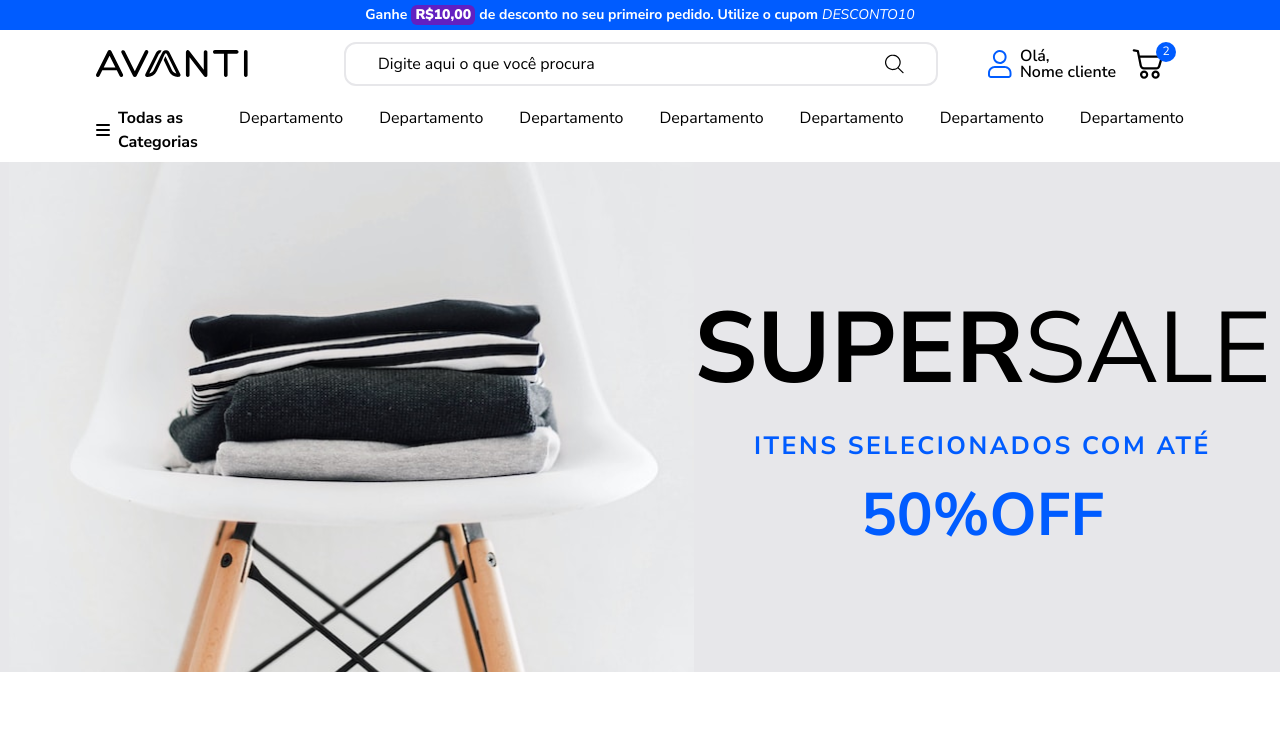
Repository: chidekina/avanti-01
Page: index.html
These files come from the project's save history. The page is drawn as it stood at one moment and after the next save; the edit follows.
The browser window is 1280 px wide. The pictures show the part of the page from y = 0 to 754 px (the page is 4144 px tall before and 4120 px after).
A picture or video elsewhere on the page could not be fetched, so the positions and the page height are approximate.

Above is the page before, as saved 2025-04-09 17:46:40.

### index.html
<!DOCTYPE html>
<html lang="en">
  <head>
    <meta charset="UTF-8" />
    <meta name="viewport" content="width=device-width, initial-scale=1.0" />
    <script src="https://cdn.jsdelivr.net/npm/@tailwindcss/browser@4"></script>
    <link rel="preconnect" href="https://fonts.googleapis.com" />
    <link rel="preconnect" href="https://fonts.gstatic.com" crossorigin />
    <link href="https://fonts.googleapis.com/css2?family=Nunito+Sans:ital,opsz,wght@0,6..12,200..1000;1,6..12,200..1000&family=Nunito:ital,wght@0,200..1000;1,200..1000&display=swap" rel="stylesheet" />

    <title>Avanti</title>
    <link rel="icon" type="image" href="./assets/avanti-icon.svg" />
    <link rel="stylesheet" href="style.css" />
    <link rel="stylesheet" href="https://cdn.jsdelivr.net/npm/swiper/swiper-bundle.min.css">
  </head>
  <body>
    <header class="mb-2">
      <h1 class="flex justify-center items-center bg-(--primary-color) text-white text-sm h-[30px] font-bold">
        Ganhe
        <b class="flex justify-center mx-1 bg-(--secondary-color) heigth-[16px] w-[64px] rounded-md">R$10,00</b>
        de desconto no seu primeiro pedido. Utilize o cupom
        <i class="font-normal ml-1">DESCONTO10</i>
      </h1>
      <div class="mt-3 mb-5 px-24 flex justify-between w-full">
        <div class="flex gap-24">
          <img src="./assets/logo.svg" alt="Avanti Logo" class="w-[152px]" />
          <label>
            <div class="flex justify-between py-2 border-2 border-solid border-(--bg-color) px-8 rounded-xl cursor-text w-[594px]">
              <input type="text" placeholder="Digite aqui o que você procura" class="placeholder-black outline-none focus:placeholder-transparent w-1/2" />
              <img src="./assets/search.svg" />
            </div>
          </label>
        </div>
        <div class="flex gap-4">
          <div class="flex gap-2 items-center">
            <img src="./assets/user.svg" alt="icone do usuario" class="w-[24px]" />
            <h6 class="leading-none font-semibold">
              Olá,<br />
              Nome cliente
            </h6>
          </div>
          <div class="flex">
            <img src="./assets/cart.svg" alt="imagem de um carrinho de compras" class="w-[32px]" />
            <div class="relative bg-(--primary-color) w-[20px] h-[20px] text-center text-white text-[12px] rounded-full right-2">2</div>
          </div>
        </div>
      </div>
      <div class="flex px-24 w-full">
        <ul class="flex gap-9">
          <li>
          <a href="#">
            <div class="flex gap-2">
              <img src="./assets/menu-hamburger.svg" alt="menu hamburguer" />
              <h5 class="font-bold" id="menu-button object-contain">Todas as Categorias</h5>
            </div>
          </a>
        </li>
        <li>
          <a href="#"> Departamento </a>
        </li>
          <a href="#"> Departamento </a>
          <a href="#"> Departamento </a>
          <a href="#"> Departamento </a>
          <a href="#"> Departamento </a>
          <a href="#"> Departamento </a>
          <a href="#"> Departamento </a>
        </ul>
      </div>
    </header>
    <main>
      <section class="flex justify-center items-center w-full height-[510px] bg-(--bg-color) font-(--font-secondary)">
        <img src="./assets/chair.svg" alt="Foto de uma cadeira com roupas dobradas em cima" />
        <div class="flex flex-col gap-1 text-center">
          <h1 class="text-[100px]"><b>SUPER</b>SALE</h1>
          <h4 class="text-[25px] text-(--primary-color) font-bold tracking-widest">ITENS SELECIONADOS COM ATÉ</h4>
          <h4 class="text-[60px] text-(--primary-color) font-bold">50%OFF</h4>
        </div>
      </section>
<carousel-section></carousel-section>
      </section>
  <description-section></description-section>
  <section class="flex w-full bg-(--bg-light) px-[200px] py-[42px] font-(--font-secondary) my-[40px]">
    <div class="text-center text-(--text-color) w-1/2 mr-5">
      <h1 class="text-[30px] font-bold mb-10">
        Lorem ipsum
      </h1>
      <ul class="flex flex-col text-start gap-15">
        <li class="flex gap-6">
          <img src="./assets/pin.svg">
          <p>
            Aenean massa. Cum sociis natoque penatibus et magnis dis parturient montes, nascetur ridiculus mus. Donec quam felis, ultricies nec, pellentesque eu, pretium quis, sem.
          </p>
        </li>
        <li class="flex gap-6">
          <img src="./assets/pin.svg">
          <p>
            Aenean massa. Cum sociis natoque penatibus et magnis dis parturient montes, nascetur ridiculus mus. Donec quam felis, ultricies nec, pellentesque eu, pretium quis, sem.
          </p>
        </li>
        <li class="flex gap-6">
          <img src="./assets/pin.svg">
          <p>
            Aenean massa. Cum sociis natoque penatibus et magnis dis parturient montes, nascetur ridiculus mus. Donec quam felis, ultricies nec, pellentesque eu, pretium quis, sem.
          </p>
        </li>
      </ul>
    </div>
    <img src="./assets/banner.svg" alt="Foto da caneca da Avanti sobre uma tabua de vegetais" class="w-1/2">
  </section>
  <section>
  <description-section></description-section>
  <carousel-section></carousel-section>

  </section>
  <section>
    <img src="./assets/banner2.svg" alt="Foto da entrada da loja da Avanti" />
    <div class="absolute h-[126px] bg-(--primary-color) w-full bottom-[-3080px] text-white text-[30px] font-(--font-secondary)">
      <h1 class="flex justify-center h-full items-center">Entre em contato conosco e verifique a disponibilidade para sua região!</h1>
    </div>
  </section>
  <section class="flex flex-col my-[50px] gap-6 items-center">
    <h2 class="font-bold text-center text-[20px]">
      Cadastre-se na nossa <b class="text-(--primary-color)">newsletter</b>
    </h2>
    <div class="flex w-[1260px] h-[170px] items-center justify-center bg-(--bg-light) rounded-lg gap-6">
      <input type="text" placeholder="Digite seu nome" class="outline-none rounded-lg bg-white placeholder:text-black w-[260px] h-[48px] focus:placeholder-transparent pl-4"/>
      <input type="text" placeholder="Digite seu e-mail" class="outline-none rounded-lg bg-white placeholder:text-black w-[260px] h-[48px] focus:placeholder-transparent pl-4"/>
      <div class="flex gap-1">
      <input type="checkbox" />
      <h5 class="text-[#656565] text-[12px] font-bold">Estou de acordo com a <a href="#" class="underline">Política de Privacidade</a></h5>
    </div>
    </div>
  </section>
  <section class="text-center px-[200px] py-[64px] bg-(--bg-lighter)">
    <div class="flex justify-around mb-10">
    <div class="flex flex-col gap-5">
      <img src="./assets/logo.svg" alt="Logo Avanti" />
      <ul class="flex gap-5 justify-around items-center">
        <li>
          <a href="#">
            <img src="./assets/social-links/instagram.svg" alt="Logo do instagram" />
          </a>
        </li>
        <li>
          <a href="#">
            <img src="./assets/social-links/facebook.svg" alt="Logo do instagram" />
          </a>
        </li>
        <li>
          <a href="#">
            <img src="./assets/social-links/youtube.svg" alt="Logo do instagram" />
          </a>
        </li>
        <li>
          <a href="#">
            <img src="./assets/social-links/tiktok.svg" alt="Logo do instagram" />
          </a>
        </li>
      </ul>
    </div>
    <ul class="flex flex-col gap-4">
      <li class="font-bold">
        <a href="">
          Institucional
        </a>
      </li>
      <li>
        <a href="">
          Sobre Nós
        </a>
      </li>
      <li>
        <a href="">
          Nossas lojas
        </a>
      </li>
      <li>
        <a href="">
          Privacidade e Segurança
        </a>
      </li>
      <li>
        <a href="">
          Termos e condições
        </a>
      </li>
    </ul>
    <ul class="flex flex-col gap-4">
      <li class="font-bold">
        <a href="">
          Central de ajuda
        </a>
      </li>
      <li>
        <a href="">
          Fale Conosco
        </a>
      </li>
      <li>
        <a href="">
          Frete e Entrega
        </a>
      </li>
      <li>
        <a href="">
          Trocas e Devoluções
        </a>
      </li>
      <li>
        <a href="">
          Formas de Pagamento
        </a>
      </li>
      <li>
        <a href="">
          FAQ
        </a>
      </li>
    </ul>
    <ul class="flex flex-col gap-4">
      <li class="font-bold">
          Atendimento
      </li>
      <li>
         <b>Telefone:</b> (00) 1234-5678
      </li>
      <li>
        <b>E-mail:</b> exemplo@exemplo.com.br
      </li>
      <li>
        <b>Horário de atendimento:</b><br>
          Segunda a Sábado: 07h00 às 23h00<br>
          Domingos e Feriados:  07h00 às 21h00
      </li>
    </ul>
  </div>
<div>
<ul class="flex gap-10 justify-center">
  <li>
    <img src="./assets/payments/amex.svg" alt="Logo Amex" />
  </li>
  <li>
    <img src="./assets/payments/mastercard.svg" alt="Logo Mastercard" />
  </li>
  <li>
    <img src="./assets/payments/visa.svg" alt="Logo Visa" />
  </li>
  <li>
    <img src="./assets/payments/hipercard.svg" alt="Logo Hipercard" />
  </li>
  <li>
    <img src="./assets/payments/elo.svg" alt="Logo Elo" />
  </li>
  <li>
    <img src="./assets/payments/dinners.svg" alt="Logo Dinners" />
  </li>
  <li>
    <img src="./assets/payments/paypal.svg" alt="Logo Paypal" />
  </li>
  <li>
    <img src="./assets/payments/pix.svg" alt="Logo Pix" />
  </li>
  <li>
    <img src="./assets/payments/boleto.svg" alt="Logo Boleto" />
  </li>
</ul>
</div>
  </section>
    </main>
    <footer class="flex flex-col gap-5 my-10">
      <div class="flex flex-col text-center justify-center items-center">
        <p class="w-[1000px] text-[12px]">
          Lorem ipsum dolor sit amet, consectetuer adipiscing elit, sed diam nonummy nibh euismod tincidunt ut laoreet dolore magna aliquam erat volutpat. Ut wisi enim ad minim veniam, quis nostrud exerci tation ullamcorper suscipit lobortis nisl ut aliquip ex ea commodo consequat. Duis autem vel eum iriure dolor in hendrerit in vulputate velit esse molestie consequat, vel illum dolore eu feugiat nulla facilisis at vero eros et accumsan et iusto odio dignissim qui blandit praesent luptatum zzril delenit augue duis dolore te feugait nulla facilisi.
        </p>
      </div>
        <ul class="flex justify-center gap-10">
          <li>
            <img src="./assets/logos/encrypt-logo.svg" alt="Logo da Lets Encrypt">
          </li>
          <li>
            <img src="./assets/logos/vtex-pci-logo.svg" alt="Logo da VTEX e da PCI certified">
          </li>
          <li>
            <img src="./assets/logo.svg" alt="Logo da Avanti">
          </li>
          <li>
            <img src="./assets/logos/vtex-logo.svg" alt="Logo da VTEX">
          </li>
        </ul>
      </footer>
    <script src="https://cdn.jsdelivr.net/npm/swiper/swiper-bundle.min.js"></script>
    <script src="app.js"></script>
  </body>
</html>

### style.css
:root {
    font-family: "Nunito Sans", sans-serif;
    --primary-color: #005CFF;
    --secondary-color: #6220C1;
    --text-color: #4F4F4F;
    --bg-color: #E7E7EA;
    --bg-dark: #C2C2C2;
    --bg-light: #DEDEDE;
    --bg-lighter: #F5F5F5;
    --font-secondary: "Nunito", sans-serif;
}

### app.js
class Carousel extends HTMLElement {
    constructor() {
      super();
    }

    connectedCallback() {
      this.render();
      this.initSlides();
      this.initSwiper();
    }

    render() {
      this.innerHTML = `
        <section class="py-[80px] px-[150px]">
          <div>
            <div class="flex justify-between mb-4">
              <h3 class="font-bold text-[20px]">Lançamentos</h3>
              <h4>Ver mais</h4>
            </div>
            <div class="swiper">
              <div class="swiper-container">
                <ul class="swiper-wrapper" id="swiper-wrapper"></ul>
                <div class="swiper-button-next"></div>
                <div class="swiper-button-prev"></div>
                <div class="swiper-pagination"></div>
              </div>
            </div>
          </div>
        </section>
      `;
    }

    initSlides() {
      const swiperWrapper = this.querySelector("#swiper-wrapper");

      for (let i = 1; i <= 15; i++) {
        const slide = `
          <li class="swiper-slide border border-[#DDDDDD] py-1 px-1 rounded-md" style="min-width: 200px;">
            <div class="absolute">
              <h6 class="flex justify-center items-center bg-[#00264E] text-white text-[10px] w-[42px] h-[20px] rounded-sm">
                NOVO
              </h6>
            </div>
            <img src="./assets/model.svg" alt="Modelo ${i}" />
            <div class="mt-2">
              <h3 class="text-[#303030] text-[12px] mb-1 leading-none">
                Produto ${i} - Nome do Produto
              </h3>
            </div>
            <div class="flex gap-1">
              <div>
                <h4 class="text-[#303030] text-[10px] line-through leading-none">R$ 100,00</h4>
                <h4 class="text-[14px] font-bold tracking-tight">R$ 79,90</h4>
              </div>
              <div class="flex justify-center items-center bg-[#5EC0BE] text-white underline text-[8px] w-[52px] h-[16px] rounded-sm tracking-tight">
                10% OFF
              </div>
            </div>
            <h6 class="text-[10px]">Ou em até <b>10x de R$ 7,90</b></h6>
            <button class="w-full bg-[#00264E] text-white rounded-md text-[12px] h-[30px]">
              Comprar
            </button>
          </li>
        `;
        swiperWrapper.insertAdjacentHTML("beforeend", slide);
      }
    }

    initSwiper() {
      new Swiper(this.querySelector(".swiper-container"), {
        slidesPerView: 5,
        spaceBetween: 10,
        navigation: {
          nextEl: this.querySelector(".swiper-button-next"),
          prevEl: this.querySelector(".swiper-button-prev"),
        },
        pagination: {
          el: this.querySelector(".swiper-pagination"),
          clickable: true,
        },
      });
    }
  }

  customElements.define("carousel-section", Carousel);

class Description extends HTMLElement {
  connectedCallback() {
    this.innerHTML = `
     <section class="flex px-[200px] gap-5 items-center">
        <div class="flex bg-(--bg-dark) justify-center items-center">
            <img src="./assets/mug.svg" alt="Foto de uma caneca da Avanti" />
        </div>
        <div class="font-(--font-secondary) w-1/2">
            <h1 class="font-bold text-[30px]">
          Lorem Ipsum
            </h1>
            <p class="text-[12px]">
                Duis consectetur metus nec lacus auctor dignissim. Mauris vitae finibus dui. Mauris laoreet lacus ut eleifend viverra. Cras efficitur volutpat dui, in lobortis metus lacinia sit amet. Sed lacinia pharetra magna, vel pulvinar ligula hendrerit a. Maecenas fringilla porttitor tortor eget lacinia. Donec sollicitudin euismod orci, auctor fringilla magna consequat interdum. Fusce sagittis elit a libero commodo egestas efficitur id augue.<br></br>
                Duis consectetur metus nec lacus auctor dignissim. Mauris vitae finibus dui. Mauris laoreet lacus ut eleifend viverra. Cras efficitur volutpat dui, in lobortis metus lacinia sit amet. Sed lacinia pharetra magna, vel pulvinar ligula hendrerit a. Maecenas fringilla porttitor tortor eget lacinia. Donec sollicitudin euismod orci, auctor fringilla magna consequat interdum. Fusce sagittis elit a libero commodo egestas efficitur id augue.
            </p>
        </div>
        </section>
        `;
  }
};

customElements.define("description-section", Description);

After the next save:
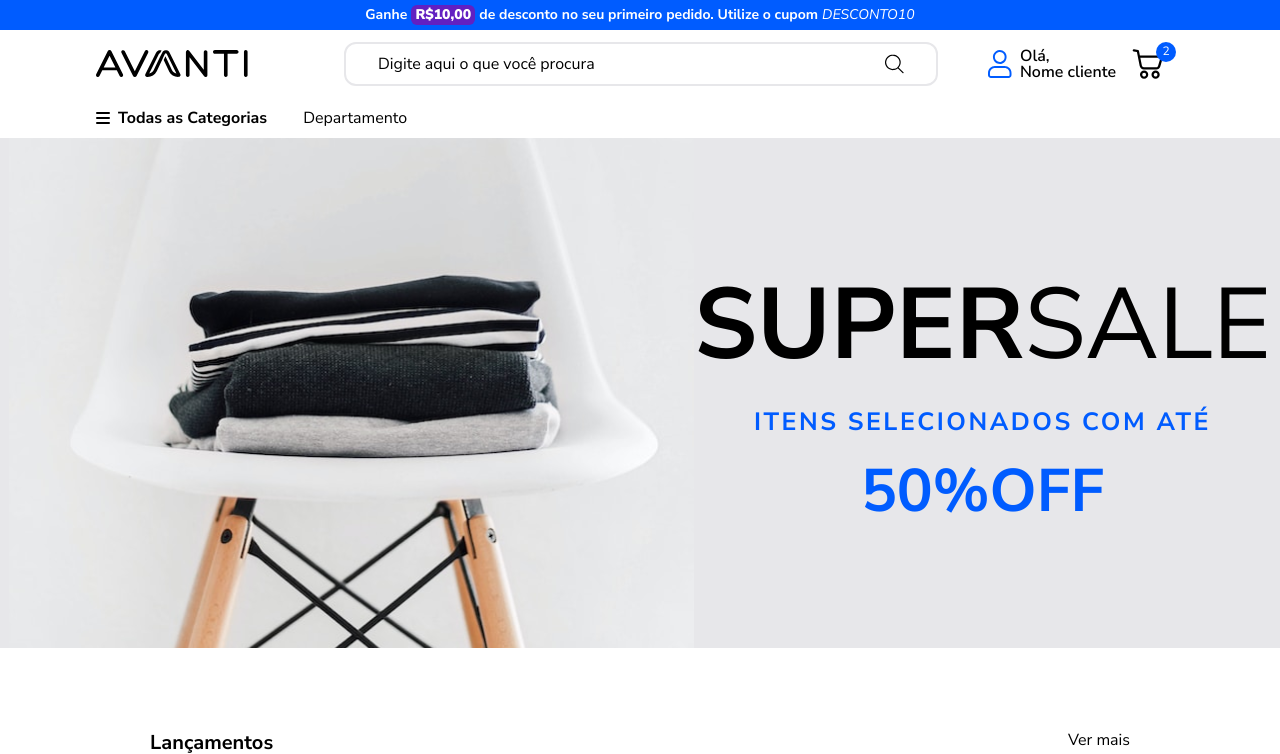
Saved 10 s later.
--- a/index.html
+++ b/index.html
@@ -58,12 +58,6 @@
         <li>
           <a href="#"> Departamento </a>
         </li>
-          <a href="#"> Departamento </a>
-          <a href="#"> Departamento </a>
-          <a href="#"> Departamento </a>
-          <a href="#"> Departamento </a>
-          <a href="#"> Departamento </a>
-          <a href="#"> Departamento </a>
         </ul>
       </div>
     </header>
